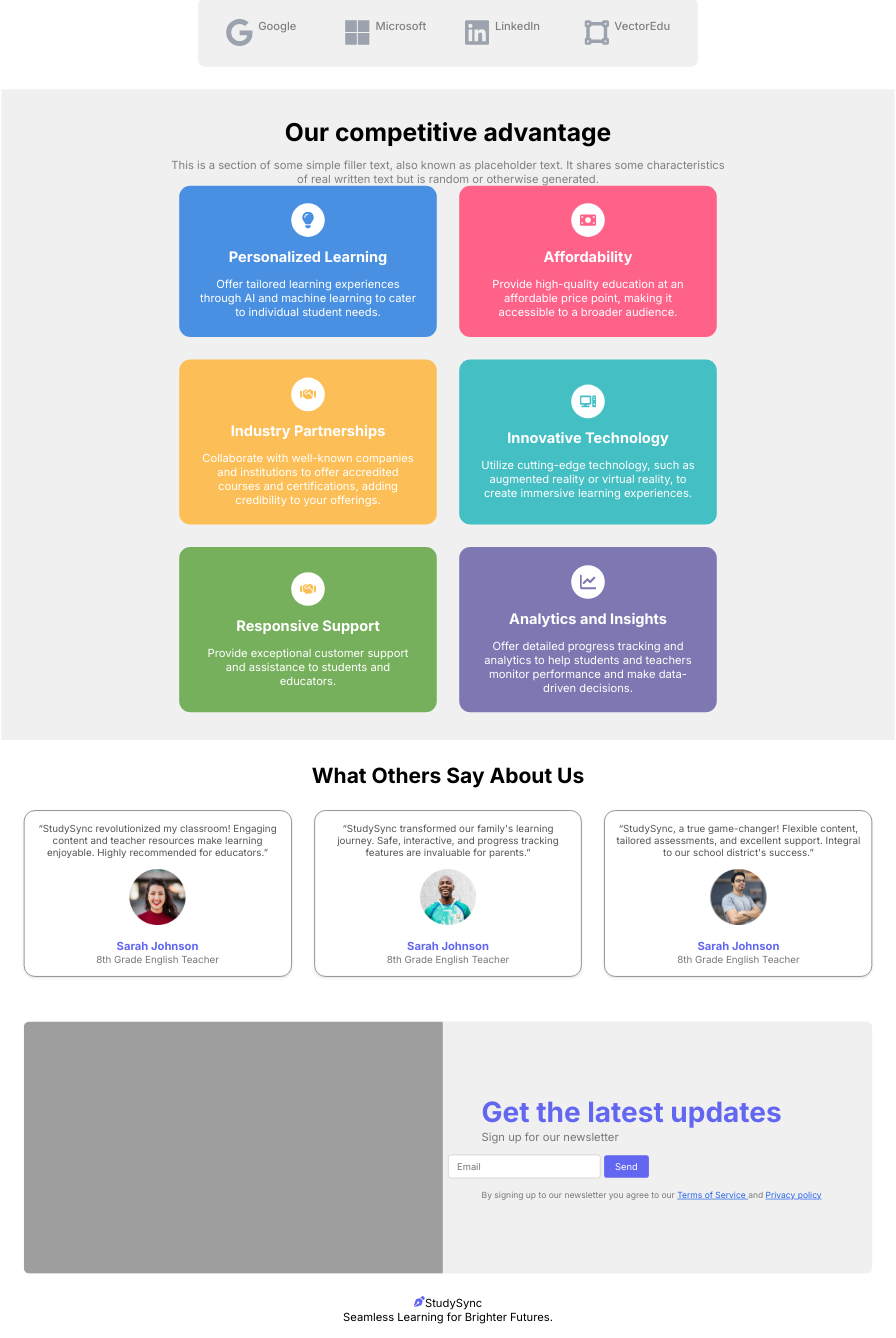
Repository: Vaibhav979/StudySync-FrontEnd-Project
Page: index.html
These files come from the project's save history. The page is drawn as it stood at one moment and after a run of saves; the edit follows.
The browser window is 1280 px wide. The pictures show the part of the page from y = 728 to 2648 px (the page is 2640 px tall before and 2648 px after), at 70% of full size.
Pictures or frames that could not be fetched are drawn as grey boxes. A picture or video elsewhere on the page could not be fetched, so the positions and the page height are approximate.

Above is the page before, as saved 2025-04-18 22:55:55.

### index.html
<!DOCTYPE html>
<html lang="en">

<head>
    <meta charset="UTF-8">
    <meta name="viewport" content="width=device-width, initial-scale=1.0">
    <title>Document</title>
    <link rel="stylesheet" href="styles.css">
</head>

<body>
    <div class="header">
        <header class="header-content">
            <a href="#logo" class="logo">
                <img src="/images/StudySyn.svg" alt="" class="logo-icon">
                <span class="logo-text">StudySync</span>
            </a>

            <nav class="nav">
                <a href="#home" class="nav-link">Home</a>
                <a href="#features" class="nav-link">Features</a>
                <a href="#pricing" class="nav-link">Pricing</a>
                <a href="#blog" class="nav-link">Blog</a>
                <a href="#about" class="nav-link">About</a>
            </nav>

            <a href="#contact" class="contact-button">
                Contact Us
            </a>

            <button type="button" class="menu-button">
                <img src="/images/Hamburger.svg" alt="" class="menu-icon">
            </button>
        </header>
    </div>

    <div class="content">
        <section class="main-section">
            <div class="content-left">
                <p class="section-label">Very proud to introduce</p>
                <h1 class="section-title">Seamless Learning for Brighter Futures</h1>
                <p class="section-description">Our innovative platform offers an effortless and seamless approach to
                    learning, empowering students of all ages to achieve brighter futures. Join us on a transformative
                    journey to simplify education and unlock your full potential.
                </p>
                <div class="button-group">
                    <a href="#start" class="start-button">Start Now</a>
                    <a href="#tour" class="tour-button">Take Tour</a>
                </div>
            </div>

            <div class="content-right">
                <div class="image-container">
                    <img class="section-image" src="/images/usgs-hoS3dzgpHzw-unsplash.jpg" alt="">
                </div>
            </div>
        </section>
    </div>

    <div class="company-container">
        <h2 class="company-title">Trusted by the best</h2>
        <div class="company-grid">
            <div class="company-logo">
                <img src="/images/Google.svg" alt="" class="svg-img">
                <span class="logo-txt">Google</span>
            </div>
            <div class="company-logo"><img src="/images/Microsoft.svg" alt="" class="svg-img">
                <span class="logo-txt">Microsoft</span>
            </div>
            <div class="company-logo"><img src="/images/linkedin.svg" alt="" class="svg-img">
                <span class="logo-txt">LinkedIn</span>
            </div>
            <div class="company-logo"><img src="/images/VectorEdu.svg" alt="" class="svg-img">
                <span class="logo-txt">VectorEdu</span>
            </div>
        </div>
    </div>

    <div class="feature-container">
        <div class="feature-content">
            <div class="main-info">
                <h2 class="main-title">Our competitive advantage</h2>
                <p class="main-description">This is a section of some simple filler text, also known as placeholder
                    text. It shares some
                    characteristics of real written text but is random or otherwise generated.</p>
            </div>
            <!-- cards -->
            <div class="feature-grid">
                <!--card1-->
                <div class="feature-card">
                    <div class="icon-container">
                        <img class="feature-svg" src="./images/PersonalizedLearn.svg" />
                    </div>
                    <div class="feature-info">
                        <div class="feature-title">Personalized Learning</div>
                        <div class="feature-description">Offer tailored learning experiences through AI and machine
                            learning to cater to individual student needs.</div>
                    </div>
                </div>
                <!--card2-->
                <div class="feature-card">
                    <div class="icon-container">
                        <img class="feature-svg" src="./images/Affordability.svg" />
                    </div>
                    <div class="feature-info">
                        <div class="feature-title">Affordability</div>
                        <div class="feature-description">Provide high-quality education at an affordable price point,
                            making it accessible to a broader audience.</div>
                    </div>
                </div>
                <!--card3-->
                <div class="feature-card">
                    <div class="icon-container">
                        <img class="feature-svg" src="./images/IndustryPatner.svg" />
                    </div>
                    <div class="feature-info">
                        <div class="feature-title">Industry Partnerships</div>
                        <div class="feature-description">Collaborate with well-known companies and institutions to offer
                            accredited courses and certifications, adding credibility to your offerings.</div>
                    </div>
                </div>
                <!--card4-->
                <div class="feature-card">
                    <div class="icon-container">
                        <img class="feature-svg" src="./images/InnovativeTech.svg" />
                    </div>
                    <div class="feature-info">
                        <div class="feature-title">Innovative Technology</div>
                        <div class="feature-description">Utilize cutting-edge technology, such as augmented reality or
                            virtual reality, to create immersive learning experiences.</div>
                    </div>
                </div>
                <!--card5-->
                <div class="feature-card">
                    <div class="icon-container">
                        <img class="feature-svg" src="./images/IndustryPatner.svg" />
                    </div>
                    <div class="feature-info">
                        <div class="feature-title">Responsive Support</div>
                        <div class="feature-description">Provide exceptional customer support and assistance to students
                            and educators.</div>
                    </div>
                </div>
                <!-- card 6 -->
                <div class="feature-card">
                    <div class="icon-container">
                        <img class="feature-svg" src="./images/Analytics.svg" />
                    </div>
                    <div class="feature-info">
                        <div class="feature-title">
                            Analytics and Insights
                        </div>
                        <div class="feature-description">
                            Offer detailed progress tracking and analytics to help students and teachers monitor
                            performance and make data-driven decisions.
                        </div>
                    </div>
                </div>
            </div>
        </div>
    </div>

    <div class="testimonial-container">
        <div class="testimonial-content">
            <h2 class="testimonial-title">What Others Say About Us</h2>
            <div class="testimonial-grid">
                <!-- card1 -->
                <div class="testimonial-card">
                    <div class="testimonial-text">
                        “StudySync revolutionized my classroom! Engaging content and teacher resources make learning
                        enjoyable. Highly recommended for educators.”
                    </div>
                    <div class="testimonial-avatar">
                        <img src="./images/avatar1.png" />
                    </div>
                    <div class="testimonial-details">
                        <h3 class="testimonial-name">
                            Sarah Johnson
                        </h3>
                        <p class="testimonial-desc">
                            8th Grade English Teacher
                        </p>
                    </div>
                </div>
                <!-- card 2 -->
                <div class="testimonial-card">
                    <div class="testimonial-text">
                        “StudySync transformed our family's learning journey. Safe, interactive, and progress tracking
                        features are invaluable for parents.”
                    </div>
                    <div class="testimonial-avatar">
                        <img src="./images/avatar2.png" />
                    </div>
                    <div class="testimonial-details">
                        <h3 class="testimonial-name">
                            Sarah Johnson
                        </h3>
                        <p class="testimonial-desc">
                            8th Grade English Teacher
                        </p>
                    </div>
                </div>
                <!-- card 3 -->
                <div class="testimonial-card">
                    <div class="testimonial-text">
                        “StudySync, a true game-changer! Flexible content, tailored assessments, and excellent support.
                        Integral to our school district's success.”
                    </div>
                    <div class="testimonial-avatar">
                        <img src="./images/avatar3.png" />
                    </div>
                    <div class="testimonial-details">
                        <h3 class="testimonial-name">
                            Sarah Johnson
                        </h3>
                        <p class="testimonial-desc">
                            8th Grade English Teacher
                        </p>
                    </div>
                </div>
            </div>
        </div>
    </div>

    <div class="newsletter-container">
        <div class="newsletter-content">
            <!-- left-part -->
            <div class="news-left">
                <img src="./images/img.png" loading="lazy" alt="news-img" />
            </div>
            <!-- right-part  -->
            <div class="news-right">
                <div class="news-info">
                    <h2 class="news-title">Get the latest updates</h2>

                    <p class="news-desc">Sign up for our newsletter</p>
                </div>
                <form action="">
                    <input class="news-email" placeholder="Email" />
                    <button class="news-send-button">
                        Send
                    </button>
                </form>
                <div class="privacy-policy">
                    By signing up to our newsletter you agree to our
                    <a class="news-link">
                        Terms of Service
                    </a>
                    and
                    <a class="news-link">
                        Privacy policy
                    </a>
                </div>
            </div>
        </div>
    </div>

    <div class="footer-container">
        <footer>
            <div class="footer-top">
                <div class="comp-logo">
                    <a class="logo-link">
                        <img src="/images/StudySyn.svg" class="logo-svg">StudySync
                    </a>
                    <p class="filler-text">Seamless Learning for Brighter Futures.</p>
                    <div class="socials">
                        <a href="" class="social-links">
                            <img src="" alt="">
                        </a>
                    </div>
                </div>
            </div>
            <div class="footer-grid">

            </div>
        </footer>
        <div class="footer-copyright">

        </div>
    </div>

</body>

</html>

### styles.css
@import url("https://fonts.googleapis.com/css2?family=Inter:wght@100;200;400;500;600;700&display=swap");

:root {
  --primary-color: #6366f1;
  --accent-color: #3f83f8;
  --text-color: #333333;
  --link-color: #2563eb;
  --background-color: #ffffff;
  --light-gray: #f0f0f0;
  --gray: #808080;
  --dark-gray: #555;
}

* {
  margin: 0;
  padding: 0;
  font-family: "Inter", sans-serif;
  text-decoration: none;
}

body {
  height: 100vh;
  text-align: center;
  background-color: var(--background-color);
  padding: 0.1rem;
  /* align-items: center; */
}

header {
  display: flex;
  justify-content: space-between;
  align-items: center;
  max-width: 1280px;
  margin: 0 auto;
  padding: 0.5rem;
}

.header {
  /* border: 1px solid black; */
}

.logo {
  display: flex;
  align-items: center;
  font-size: 1.5rem;
  font-weight: bold;
  text-decoration: none;
  gap: 0.625rem;
}

.logo-icon {
  height: 5.875rem;
  width: 1.938rem;
}

.logo-text {
  font-size: 2rem;
  font-weight: bold;
}

.nav {
  display: none;
  gap: 1.5rem;
}

@media screen and (min-width: 768px) {
  .nav {
    display: flex;
  }
}

.nav-link {
  color: #718096;
  font-size: 1.25rem;
  font-weight: 600;
  transform: color 0.1s;
}

.nav-link:hover {
  color: var(--link-color);
}

.contact-button {
  display: none;
  border: none;
  border-radius: 0.375rem;
  background-color: var(--primary-color);
  color: var(--background-color);
  transform: all 0.1s;
  padding: 0.75rem 1.5rem;
}

@media screen and (min-width: 768px) {
  .contact-button {
    display: block;
  }
}

.contact-button:hover {
  background-color: #5254f8;
}

.menu-button {
  display: none;
  border: none;
  border-radius: 0.375rem;
}

@media screen and (max-width: 768px) {
  .menu-button {
    display: block;
  }
}

.menu-icon {
  height: 1.5rem;
  width: 1.5rem;
}

.main-section {
  display: flex;
  max-width: 1280px;
  flex-direction: column;
  gap: 2rem;
  padding: 0.6rem;
  align-items: center;
  margin: 0 auto;
}

.content-left {
  text-align: center;
  animation: slideFromLeft 1s ease forwards;
  opacity: 0;
}

@keyframes slideFromLeft {
  0% {
    opacity: 0;
    transform: translateX(-100px);
  }

  100% {
    opacity: 1;
    transform: translateX(0);
  }
}

.section-label {
  font-size: 1.15rem;
  font-weight: 600;
  color: var(--primary-color);
}

.section-title {
  font-size: 2.3rem;
  padding: 1.1rem;
  color: var(--text-color);
}

.section-description {
  color: var(--gray);
  font-size: 1.13rem;
}

.button-group {
  display: flex;
  gap: 2rem;
  padding: 1rem;
  margin-top: 1rem;
  align-items: center;
  justify-content: center;
}

.start-button,
.tour-button {
  /* margin: 2rem; */
  border: none;
  border-radius: 0.375rem;
  background-color: var(--primary-color);
  color: var(--background-color);
  transform: all 0.1s;
  padding: 0.75rem 1.5rem;
  font-size: 1rem;
  font-weight: 600;
}

.tour-button {
  background-color: var(--dark-gray);
}

.start-button:hover {
  background-color: var(--link-color);
}

.tour-button:hover {
  background-color: var(--light-gray);
}

.content-right {
  display: flex;
  align-items: center;
  justify-content: center;
}

.image-container {
  border: none;
  border-radius: 1.225rem;
  overflow: hidden;
  box-shadow: 0px 4px 8px rgba(0, 0, 0, 0.1);
  height: 50vh;
  /* width: 60vw; */
}

.section-image {
  height: 100%;
  width: 100%;
}

@media screen and (min-width: 768px) {
  .main-section {
    flex-direction: row;
  }

  .content-left {
    max-width: 50%;
    text-align: left;
  }

  .section-title {
    padding-left: 0;
  }

  .button-group {
    justify-content: start;
    padding-left: 0;
  }

  .section-label {
    font-size: 1rem;
  }

  .section-title {
    font-size: 3.8rem;
  }

  .image-container {
    height: 67vh;
  }

  .section-description {
    font-size: 1.1rem;
    color: var(--gray);
    width: 78%;
  }
}

.company-container {
  display: flex;
  flex-direction: column;
  justify-content: center;
  align-items: center;
  margin-top: 2rem;
  animation: slideFromLeft 1s ease forwards;
}

.company-grid {
  margin-top: 2rem;
  display: grid;
  grid-template-columns: repeat(2, 1fr);
  gap: 3rem;
  padding: 1.8rem 2.5rem;
  background-color: var(--light-gray);
  margin-bottom: 2rem;
  border: none;
  border-radius: 0.625rem;
}

.company-logo {
  font-size: 1rem;
  font-weight: 500;
  color: var(--gray);
  display: flex;
  gap: 0.5rem;
}

.svg-img {
  height: 40px;
}

.logo-txt {
  font-size: 1rem;
}

@media screen and (min-width: 640px) {
  .company-grid {
    grid-template-columns: repeat(4, 1fr);
  }

  .company-title {
    font-size: 2.5rem;
    font-weight: bold;
  }
}

.feature-container {
  background-color: var(--light-gray);
  padding: 2.5rem 0;
  text-align: center;
}

.feature-content {
  max-width: 800px;
  margin: 0 auto;
  padding: 0 2rem;
}

.main-info {
  display: flex;
  flex-direction: column;
  gap: 1rem;
}

.main-title {
  font-size: 2.2rem;
  font-weight: bold;
}

.main-description {
  color: var(--gray);
  font-size: 1rem;
}

.feature-grid {
  display: grid;
  grid-gap: 2rem;
  grid-template-columns: repeat(2, 1fr);
  margin-top: 1rem;
  margin: 0 1rem;
}

.feature-svg {
  width: 1.5rem;
  height: 1.5rem;
}

.icon-container {
  background-color: var(--background-color);
  height: 3rem;
  width: 3rem;
  border-radius: 50%;
  display: flex;
  justify-content: center;
  align-items: center;
}

.feature-card {
  display: flex;
  justify-content: center;
  align-items: center;
  flex-direction: column;
  background-color: #6d7890;
  padding: 1.6rem;
  border-radius: 1rem;
  gap: 1rem;
}

.feature-info {
  display: flex;
  flex-direction: column;
  gap: 1rem;
}

.feature-title {
  color: white;
  font-weight: bold;
  font-size: 1.3rem;
}

.feature-description {
  color: white;
}

.feature-card:nth-child(1) {
  background-color: #4a90e2;
}

.feature-card:nth-child(2) {
  background-color: #ff6289;
}

.feature-card:nth-child(3) {
  background-color: #fcbf58;
}

.feature-card:nth-child(4) {
  background-color: #44bfc3;
}

.feature-card:nth-child(5) {
  background-color: #77b05d;
}

.feature-card:nth-child(6) {
  background-color: #7d78b1;
}

@media screen and (max-width: 768px) {
  .feature-grid {
    grid-template-columns: repeat(1, 1fr);
  }
}

.testimonial-container {
  background-color: var(--background-color);
  padding: 2rem;
  margin: 0 auto;
  max-width: 1280px;
}

.testimonial-content {
  gap: 2rem;
  display: flex;
  flex-direction: column;
}

.testimonial-title {
  font-size: 1.875rem;
  font-weight: bold;
}

.testimonial-grid {
  display: grid;
  grid-template-columns: repeat(auto-fill, minmax(300px, 1fr));
  grid-gap: 2rem;
}

.testimonial-card {
  display: flex;
  flex-direction: column;
  border: 1px solid rgb(105, 103, 103);
  border-radius: 1rem;
  box-shadow: 0 2px 4px rgba(0, 0, 0, 0.1);
  padding: 1rem;
  gap: 1rem;
  transition: transform 0.3s ease, box-shadow 0.3s ease;
}

.testimonial-card:hover {
  transform: scale(1.05);
  box-shadow: 0 4px 8px rgba(0, 0, 0, 0.2);
  border: 1px solid black;
}

.testimonial-avatar img {
  height: 5rem;
  width: 5rem;
}

.testimonial-text {
  color: #555;
  font-size: 0.875rem;
}

.testimonial-name {
  color: var(--primary-color);
  font-size: 1rem;
}

.testimonial-desc {
  font-size: 0.875rem;
  color: #777;
}

.newsletter-container {
  background-color: var(--background-color);
  max-width: 1280px;
  /* padding: 2rem; */
  height: 50vh;
  margin: 0 auto;
  /* display: flex;
  justify-content: center; */
  /* align-items: center; */
}

.newsletter-content {
  display: flex;
  flex-direction: row;
  background-color: var(--light-gray);
  height: 100%;
  border-radius: 8px;
  overflow: hidden;
}

.news-left {
  width: 50%;
  height: 100%;
  display: none;
  position: relative;
}

.news-left img {
  position: absolute;
  /* display: none; */
  inset: 0;
  height: 100%;
  width: 100%;
  object-fit: cover;
  object-position: center;
}

.news-right {
  display: flex;
  flex-direction: column;
  justify-content: center;
  padding: 0.5rem;
  gap: 1rem;
  align-items: flex-start;
  width: 98%;
}

.news-title {
  font-size: 1.5rem;
  font-weight: bold;
  color: var(--primary-color);
  text-align: left;
}

.news-info {
  padding: 0 3rem;
}

.news-desc {
  text-align: left;
  color: #777;
}

.news-form {
  padding: 0 3rem;
  display: flex;
  flex-wrap: wrap;
  margin-bottom: 1rem;
  gap: 0.6rem;
}

.news-email {
  background-color: var(background-color);
  color: #333;
  outline: none;
  border: 1px solid #ccc;
  border-radius: 4px;
  padding: 0.5rem 0.75rem;
  /* margin-left: 3rem; */
}

.news-email:focus {
  border-color: #2563eb;
  box-shadow: 0 4px 8px rgba(0, 0, 0, 0.3);
}

.news-send-button {
  padding: 0.5rem 1rem;
  border: none;
  border-radius: 0.25rem;
  background-color: var(--primary-color);
  color: var(--background-color);
}

.news-send-button:hover {
  background-color: var(--link-color);
}

.privacy-policy {
  font-size: 0.76rem;
  padding: 0 3rem;
  color: #777;
}

.news-link {
  text-decoration: underline;
  color: #2563eb;
}

@media screen and (min-width: 640px) {
  .news-left {
    display: block;
    width: 50%;
  }

  .news-right {
    width: 50%;
  }

  .newsletter-container {
    padding: 2rem;
  }
}

@media screen and (min-width: 640px) {
  .news-title {
    font-size: 2.5rem;
  }
}

/* min-width -> if more than specified width then execute. [self-learning] */

After the next 2 saves:
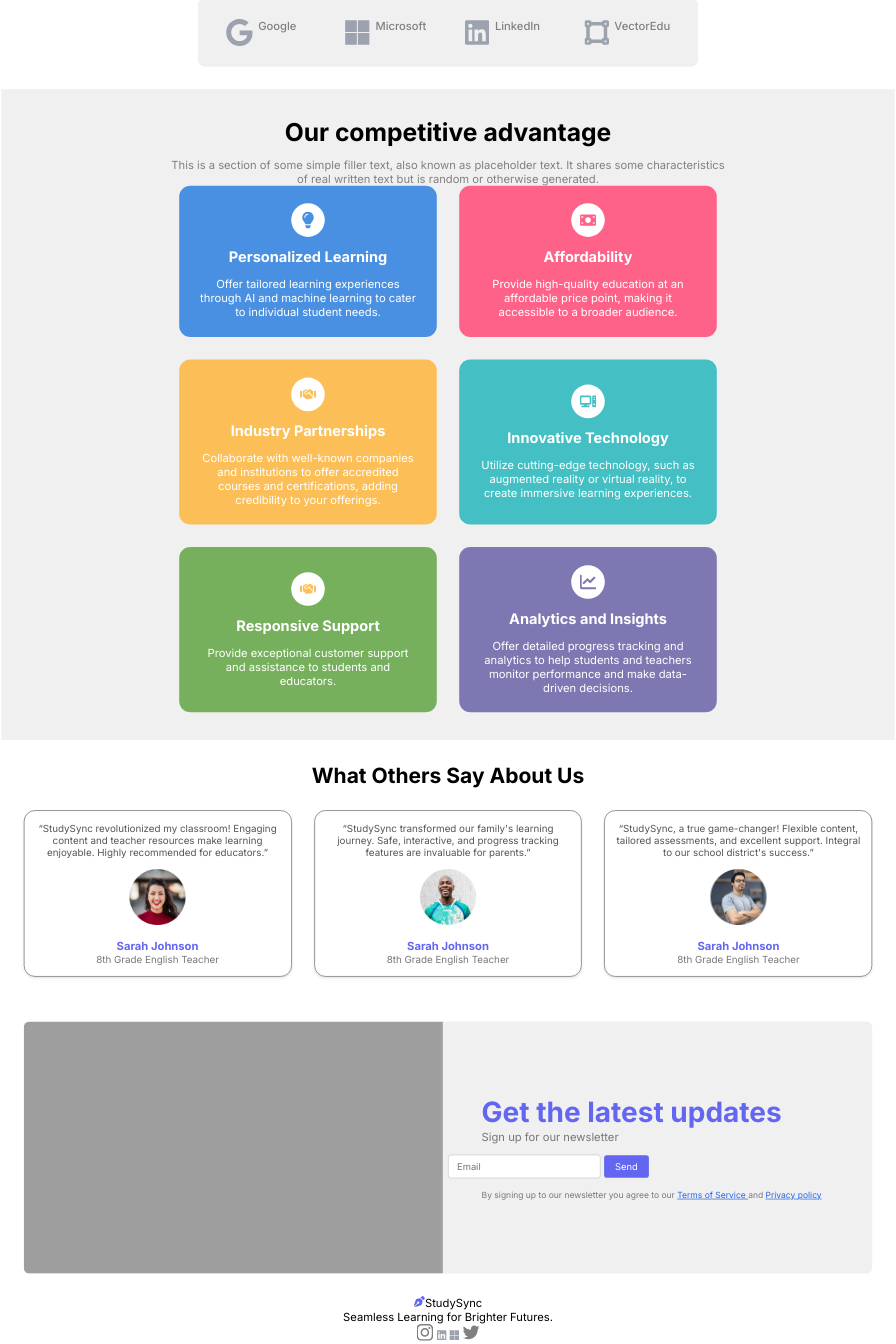
The 2 saves are shown as one change because they came seconds apart.
The last was saved 17 min 28 s later.
--- a/index.html
+++ b/index.html
@@ -264,8 +264,17 @@
                     </a>
                     <p class="filler-text">Seamless Learning for Brighter Futures.</p>
                     <div class="socials">
-                        <a href="" class="social-links">
-                            <img src="" alt="">
+                        <a class="social-link" href="#">
+                            <img src="./images/instagram.svg" class="social-icon" />
+                        </a>
+                        <a class="social-link">
+                            <img src="./images/linkedin.svg" class="social-icon" />
+                        </a>
+                        <a class="social-link">
+                            <img src="./images/Microsoft.svg" class="social-icon" />
+                        </a>
+                        <a class="social-link">
+                            <img src="./images/twitter.svg" class="social-icon" />
                         </a>
                     </div>
                 </div>
